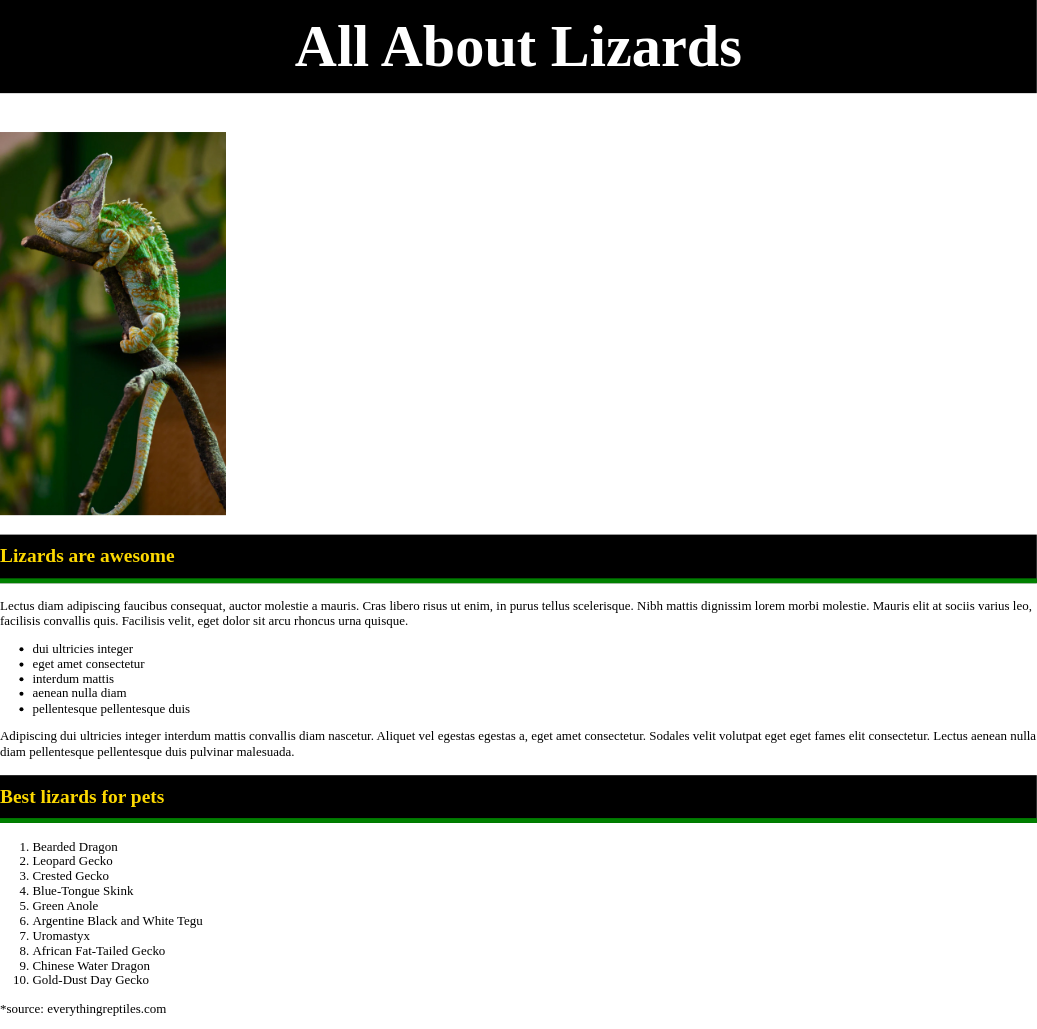
Repository: Doumham-Armah/lizards-landing--page
Page: index.html
The author's editor kept a copy of each file at every save. The page is drawn from the files as they stood at one save, then again after the next save.
The browser window is 1280 px wide. The pictures show the whole page, at 81% of full size.

Above is the page before, as saved 2021-08-10 13:59:10.

### index.html
<!DOCTYPE html>
<html>
  <head>
    <link
      rel="stylesheet"
      href="https://cdnjs.cloudflare.com/ajax/libs/normalize/8.0.1/normalize.css"
    />
    <title>All about lizards</title>
    <link href="css/style.css" rel="stylesheet" />
  </head>
  <body>
    <header>
      <h1>All About Lizards</h1>
    </header>

    <main>
      <section class="main-content">
        <img src="images/chameleon.jpg" alt="a chameleon climbing a branch" />

        <h2 class="subheading">Lizards are awesome</h2>
        <p>
          Lectus diam adipiscing faucibus consequat, auctor molestie a mauris.
          Cras libero risus ut enim, in purus tellus scelerisque. Nibh mattis
          dignissim lorem morbi molestie. Mauris elit at sociis varius leo,
          facilisis convallis quis. Facilisis velit, eget dolor sit arcu rhoncus
          urna quisque.
        </p>

        <!-- insert the unordered list here -->
        <ul>
          <li>dui ultricies integer</li>
          <li>eget amet consectetur</li>
          <li>interdum mattis</li>
          <li>aenean nulla diam</li>
          <li>pellentesque pellentesque duis</li>
        </ul>

        <p>
          Adipiscing dui ultricies integer interdum mattis convallis diam
          nascetur. Aliquet vel egestas egestas a, eget amet consectetur.
          Sodales velit volutpat eget eget fames elit consectetur. Lectus aenean
          nulla diam pellentesque pellentesque duis pulvinar malesuada.
        </p>
      </section>

      <aside class="sidebar">
        <h2 class="subheading">Best lizards for pets</h2>
        <!-- insert the ordered list here -->
        <ol>
          <li>Bearded Dragon</li>
          <li>Leopard Gecko</li>
          <li>Crested Gecko</li>
          <li>Blue-Tongue Skink</li>
          <li>Green Anole</li>
          <li>Argentine Black and White Tegu</li>
          <li>Uromastyx</li>
          <li>African Fat-Tailed Gecko</li>
          <li>Chinese Water Dragon</li>
          <li>Gold-Dust Day Gecko</li>
        </ol>
        <p>*source: everythingreptiles.com</p>
      </aside>
    </main>
  </body>
</html>

### css/style.css
body {
  margin: 0;
}

h1 {
  background-color: black;
  color: white;
  text-align: center;
  padding: 1rem 0rem;
  margin-top: 0;
  font-size: 4.5rem;
}

.subheading {
  background-color: black;
  color: #fcd801;
  padding: 0.8rem 0rem;
  border-bottom: 0.4rem green solid;
}

After the next save:
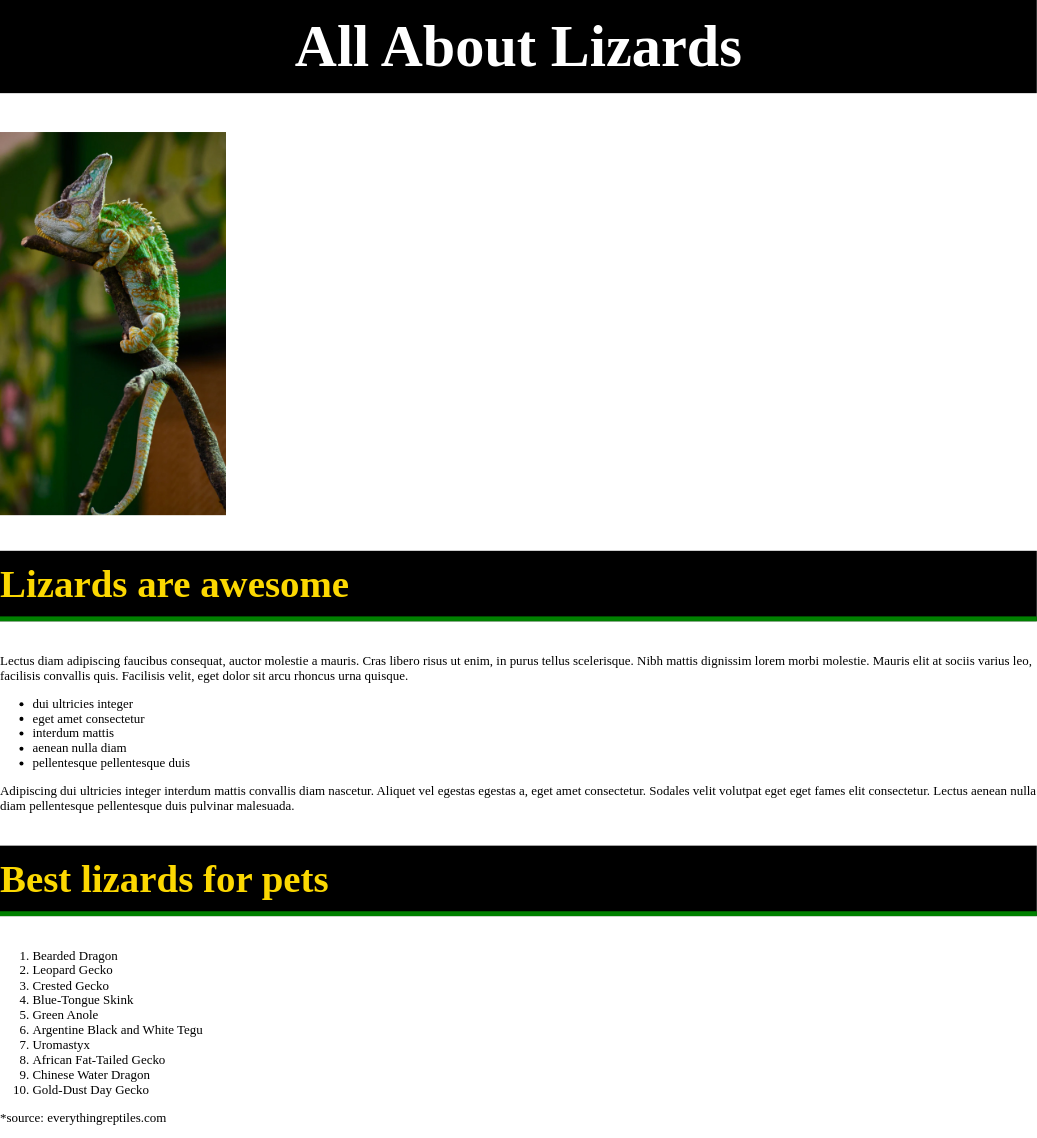
Saved 25 s later.
--- a/css/style.css
+++ b/css/style.css
@@ -14,6 +14,7 @@ h1 {
 .subheading {
   background-color: black;
   color: #fcd801;
+  font-size: 3rem;
   padding: 0.8rem 0rem;
   border-bottom: 0.4rem green solid;
 }
